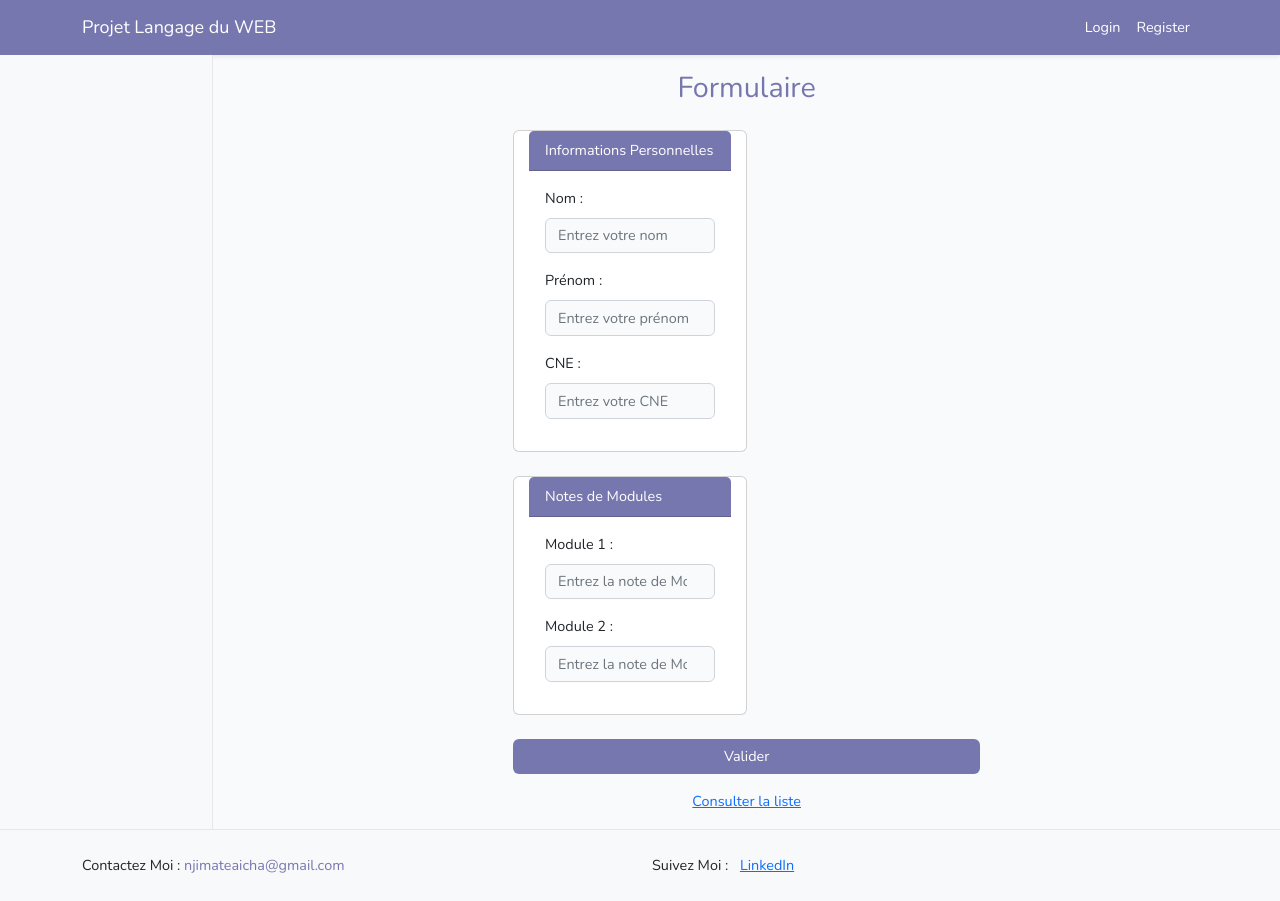
Repository: NjimateAicha/LaravelWeb
Page: http://localhost/etudiant/create
The author's editor kept a copy of each file at every save. The page is drawn from the files as they stood at one save, then again after the next save.
The browser window is 1280 px wide. The pictures show the whole page.
Some web libraries are served in a nearby version. The page is served by the project's Laravel application, run on PHP 8.4 with Laravel 9. Other server files are loaded and not shown. Style sheets and scripts are compiled from the project's sources, by tool versions that may differ from the author's.

Above is the page before, as saved 2024-05-19 18:00:42.

### routes/web.php
<?php

use App\Http\Controllers\AproposDeMoiController;
use App\Http\Controllers\ChartsController;
use App\Http\Controllers\EtudiantController;
use App\Http\Controllers\formulairesController;
use App\Http\Controllers\ImageController;
use App\Http\Controllers\JsController;
use App\Http\Controllers\MapController;
use App\Http\Controllers\MatriceController;
use App\Http\Controllers\PhpController;
use App\Http\Controllers\ProjetController;
use App\Http\Controllers\QuizController;
use Illuminate\Support\Facades\Auth;
use Illuminate\Support\Facades\Route;

/*
|--------------------------------------------------------------------------
| Web Routes
|--------------------------------------------------------------------------
|
| Here is where you can register web routes for your application. These
| routes are loaded by the RouteServiceProvider within a group which
| contains the "web" middleware group. Now create something great!
|
*/

Route::get('/', function () {
    return view('auth.login');
});


Auth::routes();

Route::get('/home', [App\Http\Controllers\HomeController::class, 'index'])->name('home');

Route::get('/projets', [ProjetController::class, 'index'])->name('projets.index');
Route::get('/aproposDeMoi', [AproposDeMoiController::class, 'index'])->name('aProposDeMoi.index');


/* CRUD Student */
Route::resource('/etudiant' ,EtudiantController::class );
/* CRUD image */
Route::resource('/image' ,ImageController::class );
/* CRUD Maps */
Route::resource('/map' ,MapController::class );
/* CRUD Charts */
Route::resource('/charts' ,ChartsController::class );
/* Matrice */
Route::resource('/matrice' ,MatriceController::class );
/* quiz */
Route::resource('/Quiz' ,QuizController::class );
Route::get('/quiz/javascript', [QuizController::class, 'javascriptQuiz'])->name('quiz.javascript');
Route::post('/quiz/calculateJS', [QuizController::class, 'calculateScoreJS'])->name('quiz.calculateJS');
Route::get('/quiz/php', [QuizController::class, 'phpQuiz'])->name('quiz.php');
Route::post('/quiz/calculatePHP', [QuizController::class, 'calculateScorePHP'])->name('quiz.calculatePHP');

### app/Http/Controllers/EtudiantController.php
<?php

namespace App\Http\Controllers;

use App\Models\Etudiant;
use Illuminate\Http\Request;

class EtudiantController extends Controller
{
    /**
     * Display a listing of the resource.
     *
     * @return \Illuminate\Http\Response
     */
    public function index()
    {
        $etudiants = Etudiant::all();
        return view('etudiant.index', ['etudiants' => $etudiants]);
    }

    /**
     * Show the form for creating a new resource.
     *
     * @return \Illuminate\Http\Response
     */
    public function create()
    {
        return view('etudiant.create');
    }

    /**
     * Store a newly created resource in storage.
     *
     * @param  \Illuminate\Http\Request  $request
     * @return \Illuminate\Http\Response
     */
    public function store(Request $request)
    {
        // Validation des données soumises
        $validatedData = $request->validate([
            'nom' => 'required|string|max:255|alpha',
            'prenom' => 'required|string|max:255|alpha',
            'cne' => 'required|string|unique:etudiants,cne|regex:/^[A-Z][0-9]{6}$/',
            'module1' => 'required|numeric|between:0,20',
            'module2' => 'required|numeric|between:0,20',
        ]);

        $latitude = mt_rand(27, 35); // Plage approximative des latitudes du Maroc
        $langitude = mt_rand(-13, -2); // Plage approximative des longitudes du Maroc
        // Création d'un nouvel étudiant avec les données validées
      $etudiant = Etudiant::create([
        'nom' => $validatedData['nom'],
        'prenom' => $validatedData['prenom'],
        'cne' => $validatedData['cne'],
        'note1' => $validatedData['module1'],
        'note2' => $validatedData['module2'],
        'langitude' => $langitude,
        'latitude' => $latitude,
    ]);

        // Redirection avec un message de succès
        return redirect()->route('etudiant.index')->with('success', 'Étudiant enregistré avec succès.');
    }


    /**
     * Display the specified resource.
     *
     * @param  \App\Models\Etudiant  $etudiant
     * @return \Illuminate\Http\Response
     */
    public function show(Etudiant $etudiant)
    {
        //
    }

    /**
     * Show the form for editing the specified resource.
     *
     * @param  \App\Models\Etudiant  $etudiant
     * @return \Illuminate\Http\Response
     */
    public function edit(Etudiant $etudiant)
    {
        return view('etudiant.edit', compact('etudiant'));
    }


    /**
     * Update the specified resource in storage.
     *
     * @param  \Illuminate\Http\Request  $request
     * @param  \App\Models\Etudiant  $etudiant
     * @return \Illuminate\Http\Response
     */
    public function update(Request $request, Etudiant $etudiant)
    {
        // Validation des données reçues du formulaire
        $validatedData = $request->validate([
            'nom' => 'required|string|max:255',
            'prenom' => 'required|string|max:255',
            'cne' => 'required|string|max:255',
            'note1' => 'required|numeric',
            'note2' => 'required|numeric',
        ]);

        // Mise à jour des informations de l'étudiant avec les données validées
        $etudiant->update($validatedData);

        // Redirection vers la page de la liste des étudiants avec un message de succès
        return redirect()->route('etudiant.index')->with('success', 'Étudiant mis à jour avec succès.');
    }



    /**
     * Remove the specified resource from storage.
     *
     * @param  \App\Models\Etudiant  $etudiant
     * @return \Illuminate\Http\Response
     */
    public function destroy(Etudiant $etudiant)
    {
        // Suppression de l'étudiant
        $etudiant->delete();

        // Redirection vers la liste des étudiants avec un message de succès
        return redirect()->route('etudiant.index')->with('success', 'Étudiant supprimé avec succès.');
    }
}

### resources/views/etudiant/create.blade.php
@extends('layouts.app')
@section('content')

<style>

    h2{
        color: #7777af;
    }
    .card-header{
        color: #fff;
        background-color: #7777af;

    }
    .custom-btn {
        color: #fff;
        background-color: #7777af;
        border: none;
    }

    .custom-btn:hover {
        background-color: #555577;
    }
    .card-title{
        color: #7777af;
    }
</style>

    <div class="container mt-3">
        @if ($errors->any())
            <div class="alert alert-danger">
                <ul>
                    @foreach ($errors->all() as $error)
                        <li>{{ $error }}</li>
                    @endforeach
                </ul>
            </div>
        @endif

        <h2 class="text-center mb-4">Formulaire</h2>
        <div class="col-md-6 mx-auto">
            <form action="{{ route('etudiant.store') }}" method="POST">
                @csrf
                <!-- Informations personnelles -->
                <div class="card col-md-6 mb-4">
                    <div class="card-header">Informations Personnelles</div>
                    <div class="card-body">
                        <div class="form-group">
                            <label for="nom">Nom :</label>
                            <input type="text" class="form-control" id="nom" name="nom"
                                placeholder="Entrez votre nom" required>
                        </div>
                        <div class="form-group">
                            <label for="prenom">Prénom :</label>
                            <input type="text" class="form-control" id="prenom" name="prenom"
                                placeholder="Entrez votre prénom" required>
                        </div>
                        <div class="form-group">
                            <label for="cne">CNE :</label>
                            <input type="text" class="form-control" id="cne" name="cne"
                                placeholder="Entrez votre CNE" required>
                        </div>
                    </div>
                </div>
                <!-- Notes de modules -->
                {{-- <div class="card mb-3"> --}}
                    <div class="card col-md-6 mb-4">
                    <div class="card-header">Notes de Modules</div>
                    <div class="card-body">
                        <div class="form-group">
                            <label for="module1">Module 1 :</label>
                            <input type="number" class="form-control" id="module1" name="module1"
                                placeholder="Entrez la note de Module 1" required>
                        </div>
                        <div class="form-group">
                            <label for="module2">Module 2 :</label>
                            <input type="number" class="form-control" id="module2" name="module2"
                                placeholder="Entrez la note de Module 2" required>
                        </div>

                    </div>
                </div>
                <!-- Bouton Valider -->
                <button type="submit" class="btn custom-btn btn-block">Valider</button>
            </form>
            <!-- Lien pour consulter la liste -->
            <p class="text-center mt-3"><a href="{{ route('etudiant.index') }}">Consulter la liste</a></p>
        </div>
    </div>


@endsection

### resources/views/layouts/app.blade.php
<!doctype html>
<html lang="{{ str_replace('_', '-', app()->getLocale()) }}">

<head>
    <meta charset="utf-8">
    <meta name="viewport" content="width=device-width, initial-scale=1">

    <!-- CSRF Token -->
    <meta name="csrf-token" content="{{ csrf_token() }}">

    <title>{{ config('app.name', 'Aicha\'s Portfolio') }}</title>

    <!-- Fonts -->
    <link rel="dns-prefetch" href="//fonts.bunny.net">
    <link href="https://fonts.bunny.net/css?family=Nunito" rel="stylesheet">

    <!-- Styles -->
    <link rel="stylesheet" href="https://maxcdn.bootstrapcdn.com/bootstrap/4.5.2/css/bootstrap.min.css">
    <style>

        body {
            font-family: 'Nunito', sans-serif;
        }
        .navbar {
            background-color: #7777af;
        }
        .navbar-brand, .navbar-nav .nav-link {
            color: white !important;
        }
        .sidebar {
            background-color: #f8f9fa;
            border-right: 1px solid #e7e7e7;
        }
        .sidebar .nav-link {
            color: #7777af;
        }
        .sidebar .nav-link:hover {
            color: #7777af;
        }
        .font-weight-bold {
            font-weight: bold !important;
        }
        footer {
            background-color: #f8f9fa;
            border-top: 1px solid #e7e7e7;
            padding: 10px 0;
        }
        footer p {
            margin: 0;
        }
    </style>
    <!-- Scripts -->
    @vite(['resources/sass/app.scss', 'resources/js/app.js'])
</head>

<body>
    <div id="app">
        <nav class="navbar navbar-expand-md navbar-light shadow-sm">
            <div class="container">
                <a class="navbar-brand" href="{{ url('/') }}">
                    Projet Langage du WEB
                </a>
                <button class="navbar-toggler" type="button" data-toggle="collapse" data-target="#navbarSupportedContent" aria-controls="navbarSupportedContent" aria-expanded="false" aria-label="{{ __('Toggle navigation') }}">
                    <span class="navbar-toggler-icon"></span>
                </button>

                <div class="collapse navbar-collapse" id="navbarSupportedContent">
                    <!-- Left Side Of Navbar -->
                    <ul class="navbar-nav me-auto"></ul>

                    <!-- Right Side Of Navbar -->
                    <ul class="navbar-nav ms-auto">
                        <!-- Authentication Links -->
                        @guest
                            @if (Route::has('login'))
                                <li class="nav-item">
                                    <a class="nav-link" href="{{ route('login') }}">{{ __('Login') }}</a>
                                </li>
                            @endif

                            @if (Route::has('register'))
                                <li class="nav-item">
                                    <a class="nav-link" href="{{ route('register') }}">{{ __('Register') }}</a>
                                </li>
                            @endif
                        @else
                            <li class="nav-item dropdown">
                                <a id="navbarDropdown" class="nav-link dropdown-toggle" href="#" role="button" data-toggle="dropdown" aria-haspopup="true" aria-expanded="false" v-pre>
                                    {{ Auth::user()->name }}
                                </a>

                                <div class="dropdown-menu dropdown-menu-right" aria-labelledby="navbarDropdown">
                                    <a class="dropdown-item" href="{{ route('logout') }}"
                                       onclick="event.preventDefault();
                                                     document.getElementById('logout-form').submit();">
                                        {{ __('Logout') }}
                                    </a>

                                    <form id="logout-form" action="{{ route('logout') }}" method="POST" class="d-none">
                                        @csrf
                                    </form>
                                </div>
                            </li>
                        @endguest
                    </ul>
                </div>
            </div>
        </nav>

        <div class="container-fluid">
            <div class="row">
                <nav class="col-md-2 d-none d-md-block sidebar">
                    <div class="position-sticky pt-3" style="height: 400px">
                        <ul class="nav flex-column">
                            @auth
                                <li class="nav-item">
                                    <a class="nav-link active font-weight-bold" aria-current="page" href="{{ route('aProposDeMoi.index') }}">À propos de moi</a>
                                </li>
                                <li class="nav-item">
                                    <a class="nav-link font-weight-bold" href="{{ route('projets.index') }}">Mes Projets</a>
                                </li>
                            @endauth
                        </ul>
                    </div>
                </nav>
                <main class="col-md-9 ms-sm-auto col-lg-10 px-md-4">
                    @yield('content')
                </main>
            </div>
        </div>

        <footer class="bg-light py-4">
            <div class="container">
                <div class="row justify-content-between">
                    <div class="col-md-6">
                        <p class="d-inline">Contactez Moi : <span style="color: #7777af;">njimateaicha@gmail.com</span></p>
                    </div>
                    <div class="col-md-6">
                        <p class="d-inline-block me-2 mb-0">Suivez Moi :</p>
                        <a href="https://www.linkedin.com/" class="text-blue-500 hover:text-7777af-700 d-inline-block" target="_blank">LinkedIn</a>
                    </div>
                </div>
            </div>
        </footer>
    </div>

    <!-- Bootstrap JS and dependencies -->
    <script src="https://code.jquery.com/jquery-3.5.1.slim.min.js"></script>
    <script src="https://cdn.jsdelivr.net/npm/@popperjs/core@2.5.4/dist/umd/popper.min.js"></script>
    <script src="https://maxcdn.bootstrapcdn.com/bootstrap/4.5.2/js/bootstrap.min.js"></script>
</body>

</html>

Loaded but not shown: app/Http/Controllers/Auth/ConfirmPasswordController.php (common file); app/Http/Controllers/Controller.php (common file); resources/sass/app.scss (common file); resources/sass/_variables.scss (common file)

After the next save:
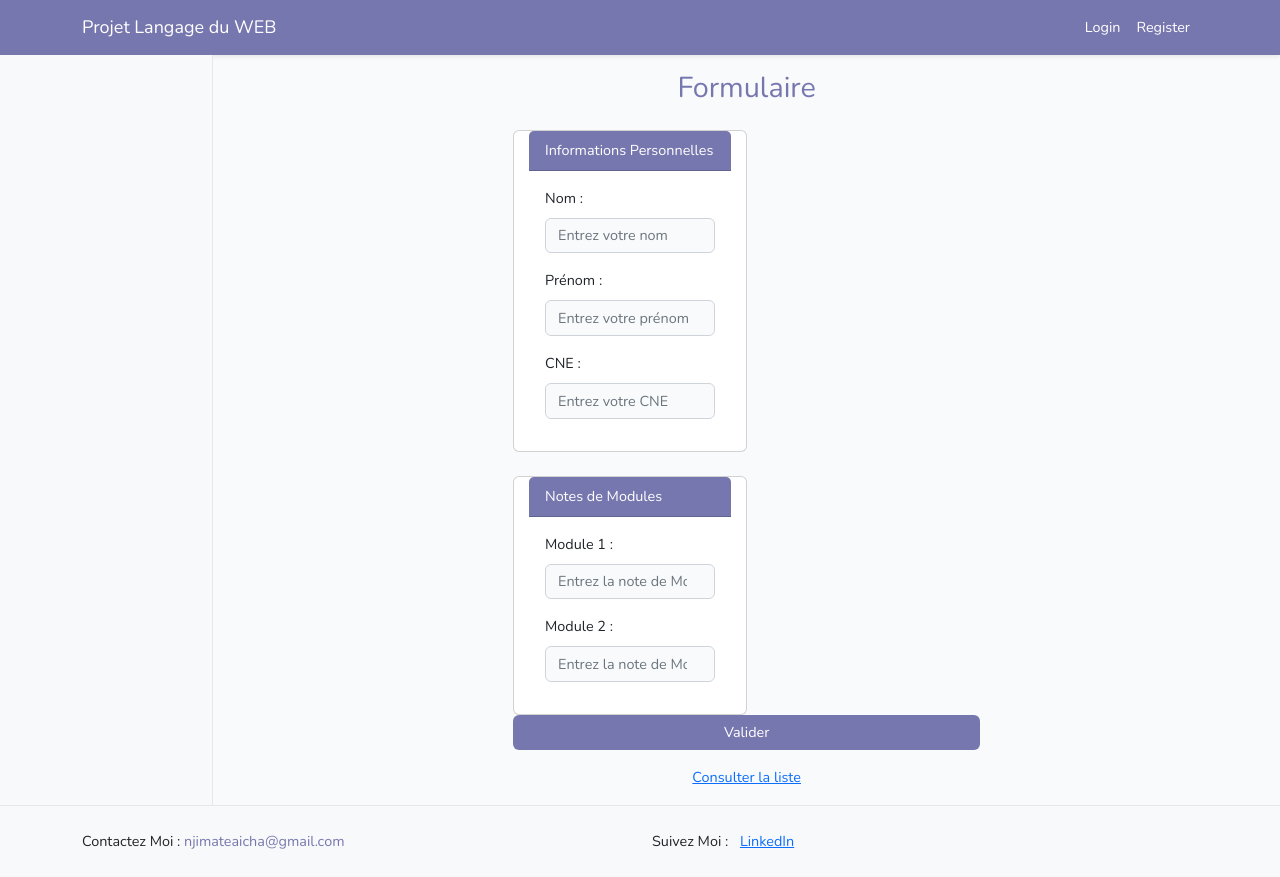
Saved 10 s later.
--- a/resources/views/etudiant/create.blade.php
+++ b/resources/views/etudiant/create.blade.php
@@ -63,7 +63,7 @@
                 </div>
                 <!-- Notes de modules -->
                 {{-- <div class="card mb-3"> --}}
-                    <div class="card col-md-6 mb-4">
+                    <div class="card col-md-6 ">
                     <div class="card-header">Notes de Modules</div>
                     <div class="card-body">
                         <div class="form-group">
